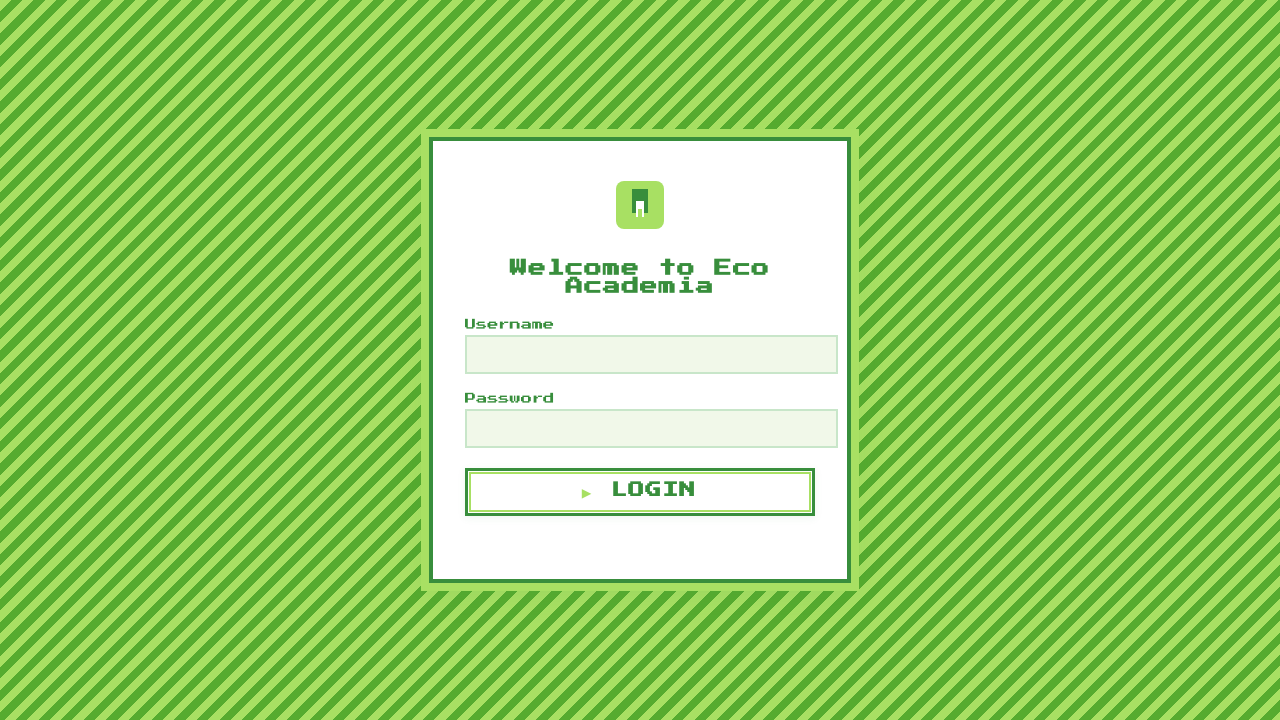
Repository: hotaruhshs/eco-academia
Page: login/index.html
These files come from the project's save history. The page is drawn as it stood at one moment and after the next save; the edit follows.
The browser window is 1280 px wide. The pictures show the whole page.

Above is the page before, as saved 2025-07-06 01:05:30.

### login/index.html
<!DOCTYPE html>
<html lang="en">
  <head>
    <meta charset="UTF-8" />
    <meta name="viewport" content="width=device-width, initial-scale=1.0" />
    <title>Eco Academia Login</title>
    <link rel="stylesheet" href="css/login.css" />
    <link
      href="https://fonts.googleapis.com/css2?family=Press+Start+2P&display=swap"
      rel="stylesheet"
    />
  </head>
  <body>
    <div class="login-container">
      <div class="login-card">
        <div class="login-logo">
          <img
            src="images/leaf.svg"
            alt="Eco Academia Logo"
            height="48"
            style="image-rendering: pixelated"
          />
        </div>
        <h2>Welcome to Eco Academia</h2>
        <form id="loginForm">
          <div class="input-group">
            <label for="username">Username</label>
            <input type="text" id="username" name="username" required />
          </div>
          <div class="input-group">
            <label for="password">Password</label>
            <input type="password" id="password" name="password" required />
          </div>
          <button type="submit">Login</button>
        </form>
        <div id="loginMessage"></div>
      </div>
    </div>
    <script src="js/login.js"></script>
  </body>
</html>

### login/css/login.css
/* Pixel art nature theme login page */
body {
  margin: 0;
  padding: 0;
  min-height: 100vh;
  font-family: "Press Start 2P", "Consolas", monospace;
  background: repeating-linear-gradient(
    135deg,
    #a8e063 0px,
    #a8e063 8px,
    #56ab2f 8px,
    #56ab2f 16px
  );
  display: flex;
  align-items: center;
  justify-content: center;
}

.login-container {
  width: 100vw;
  height: 100vh;
  display: flex;
  align-items: center;
  justify-content: center;
}

.login-card {
  background: #fff;
  border: 4px solid #388e3c;
  border-radius: 0;
  box-shadow: 0 0 0 8px #a8e063, 0 8px 32px rgba(56, 142, 60, 0.15);
  padding: 2.5rem 2rem 2rem 2rem;
  max-width: 350px;
  width: 100%;
  text-align: center;
  position: relative;
  image-rendering: pixelated;
}

.login-logo img {
  margin-bottom: 1rem;
  image-rendering: pixelated;
}

h2 {
  color: #388e3c;
  margin-bottom: 1.5rem;
  font-family: "Press Start 2P", "Consolas", monospace;
  font-size: 1.1rem;
  letter-spacing: 1px;
}

.input-group {
  margin-bottom: 1.2rem;
  text-align: left;
}

.input-group label {
  display: block;
  margin-bottom: 0.3rem;
  color: #388e3c;
  font-weight: 500;
  font-family: "Press Start 2P", "Consolas", monospace;
  font-size: 0.7rem;
}

.input-group input {
  width: 100%;
  padding: 0.6rem;
  border: 2.5px solid #c8e6c9;
  border-radius: 0;
  font-size: 1rem;
  background: #f1f8e9;
  font-family: "Press Start 2P", "Consolas", monospace;
  image-rendering: pixelated;
  transition: border 0.2s;
}

.input-group input:focus {
  border: 2.5px solid #388e3c;
  outline: none;
}

button[type="submit"] {
  width: 100%;
  padding: 0.7rem;
  background: #fff;
  color: #388e3c;
  border: 3px solid #388e3c;
  border-radius: 0;
  font-size: 1rem;
  font-family: "Press Start 2P", "Consolas", monospace;
  font-weight: 600;
  cursor: pointer;
  box-shadow: 0 2px 8px rgba(56, 142, 60, 0.08);
  image-rendering: pixelated;
  transition: background 0.2s, color 0.2s;
  position: relative;
  letter-spacing: 1px;
  text-transform: uppercase;
  outline: 2px solid #a8e063;
  outline-offset: -6px;
}

button[type="submit"]:hover {
  background: #388e3c;
  color: #fff;
  border-color: #a8e063;
  outline: 2px solid #388e3c;
}

button[type="submit"]::before {
  content: "▶ ";
  color: #a8e063;
  font-size: 1rem;
  position: relative;
  left: -2px;
  top: 0;
}

#loginMessage {
  margin-top: 1rem;
  color: #d32f2f;
  min-height: 1.2em;
  font-family: "Press Start 2P", "Consolas", monospace;
  font-size: 0.8rem;
}

@media (max-width: 500px) {
  .login-card {
    padding: 1.5rem 0.7rem 1.2rem 0.7rem;
    max-width: 95vw;
  }
}

@import url("https://fonts.googleapis.com/css2?family=Press+Start+2P&display=swap");

### login/images/leaf.svg
<svg width="48" height="48" viewBox="0 0 48 48" fill="none" xmlns="http://www.w3.org/2000/svg">
  <rect width="48" height="48" rx="8" fill="#a8e063"/>
  <rect x="16" y="8" width="16" height="24" fill="#388e3c"/>
  <rect x="20" y="20" width="8" height="16" fill="#fff"/>
  <rect x="22" y="28" width="4" height="8" fill="#a8e063"/>
</svg>

### login/js/login.js
// Simulate login for static prototype
const loginForm = document.getElementById('loginForm');
const loginMessage = document.getElementById('loginMessage');

loginForm.addEventListener('submit', function(e) {
    e.preventDefault();
    const username = document.getElementById('username').value.trim();
    const password = document.getElementById('password').value.trim();

    // Simulate login: accept any non-empty username/password
    if (username && password) {
        loginMessage.style.color = '#388e3c';
        loginMessage.textContent = 'Login successful! Redirecting...';
        setTimeout(() => {
            window.location.href = '../dashboard/index.html'; // Placeholder redirect
        }, 1200);
    } else {
        loginMessage.style.color = '#d32f2f';
        loginMessage.textContent = 'Please enter both username and password.';
    }
});

After the next save:
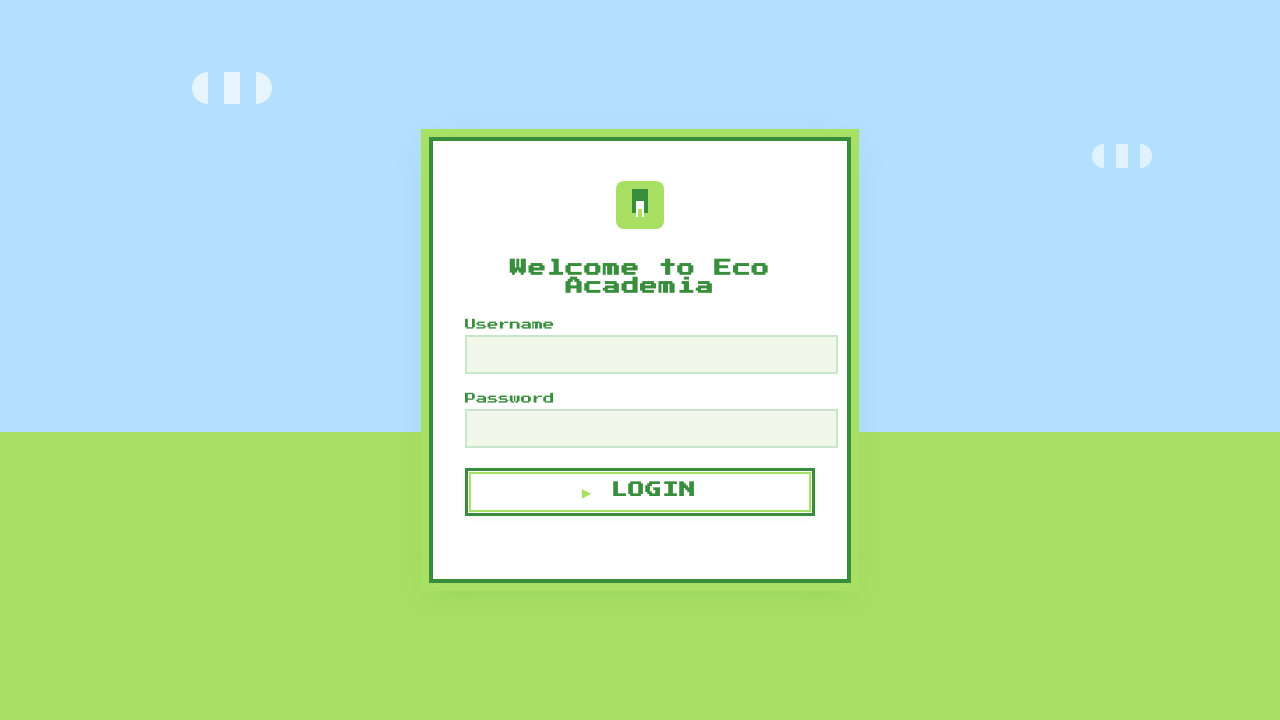
Saved 3 min 42 s later.
--- a/login/css/login.css
+++ b/login/css/login.css
@@ -4,16 +4,47 @@
   padding: 0;
   min-height: 100vh;
   font-family: "Press Start 2P", "Consolas", monospace;
-  background: repeating-linear-gradient(
-    135deg,
-    #a8e063 0px,
-    #a8e063 8px,
-    #56ab2f 8px,
-    #56ab2f 16px
-  );
+  /* Pixel sky with clouds and grass */
+  background: linear-gradient(to bottom, #b3e0ff 0 60%, #a8e063 60% 100%);
+  position: relative;
   display: flex;
   align-items: center;
   justify-content: center;
+}
+
+body::before {
+  content: "";
+  position: absolute;
+  top: 10%;
+  left: 15%;
+  width: 80px;
+  height: 32px;
+  background: repeating-linear-gradient(
+    90deg,
+    #fff 0 16px,
+    transparent 16px 32px
+  );
+  opacity: 0.7;
+  border-radius: 16px;
+  filter: blur(0.5px);
+  z-index: 0;
+}
+body::after {
+  content: "";
+  position: absolute;
+  top: 20%;
+  right: 10%;
+  width: 60px;
+  height: 24px;
+  background: repeating-linear-gradient(
+    90deg,
+    #fff 0 12px,
+    transparent 12px 24px
+  );
+  opacity: 0.6;
+  border-radius: 12px;
+  filter: blur(0.5px);
+  z-index: 0;
 }
 
 .login-container {
@@ -22,6 +53,7 @@
   display: flex;
   align-items: center;
   justify-content: center;
+  z-index: 1;
 }
 
 .login-card {
